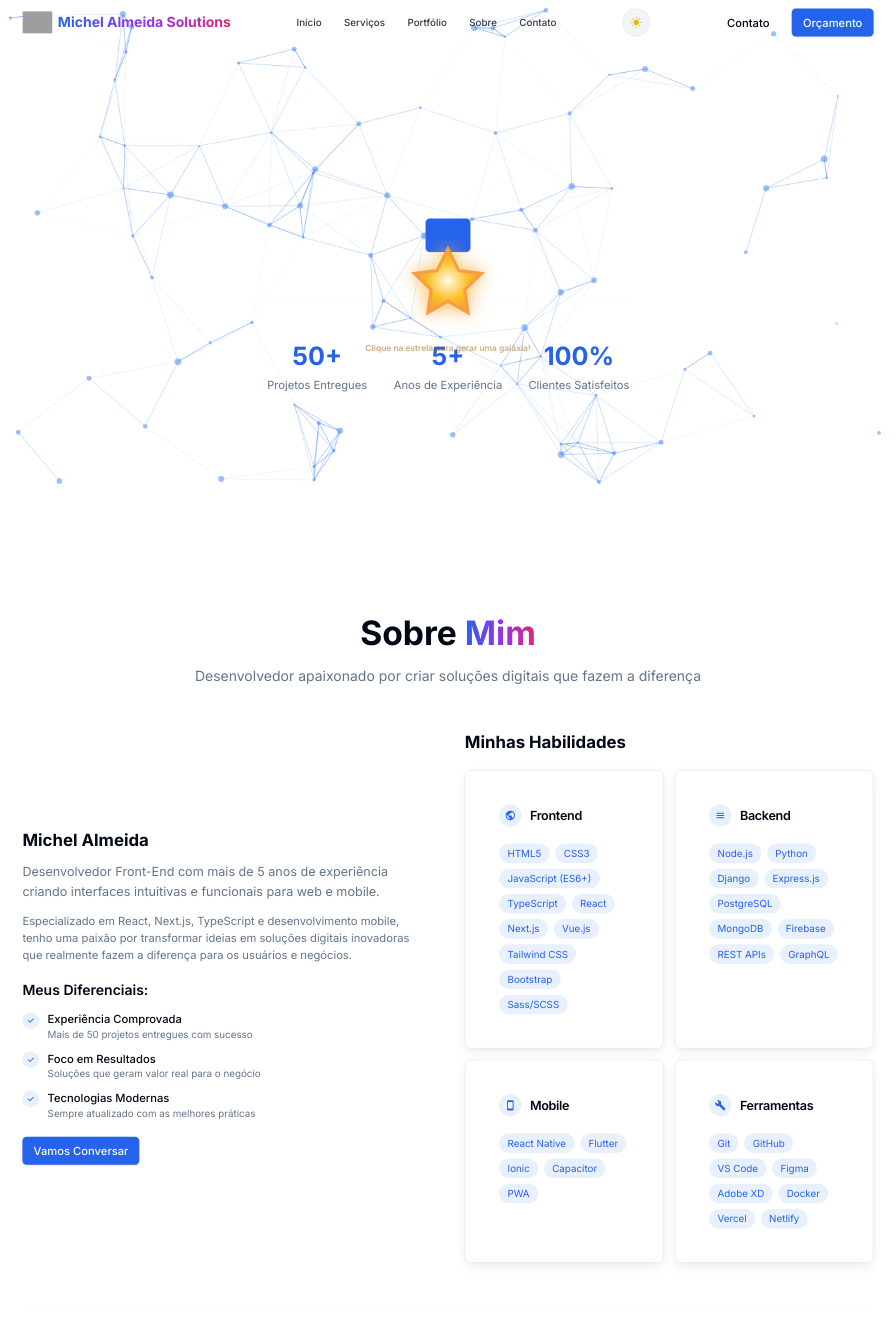
Repository: MichelAlmeida1990/Nexify-Solutions
Page: / (app in OneDrive/Área de Trabalho/Almeida - Solutions/)
The author's editor kept a copy of each file at every save. The page is drawn from the files as they stood at one save, then again after the next save.
The browser window is 1280 px wide. The pictures show the part of the page from y = 0 to 1920 px (the page is 7388 px tall), at 70% of full size.
Pictures or frames that could not be fetched are drawn as grey boxes. The project was rebuilt for these pictures with package versions that can differ from the ones it lists, and the page was loaded fresh each time. The framework's server and built-in components were replaced by stand-ins that run in the browser. Also part of the build but not shown: OneDrive/Área de Trabalho/Almeida - Solutions/next.config.js, OneDrive/Área de Trabalho/Almeida - Solutions/src/components/ui/loading-spinner.tsx.

Above is the page before, as saved 2025-06-30 14:49:14.

After the next save:
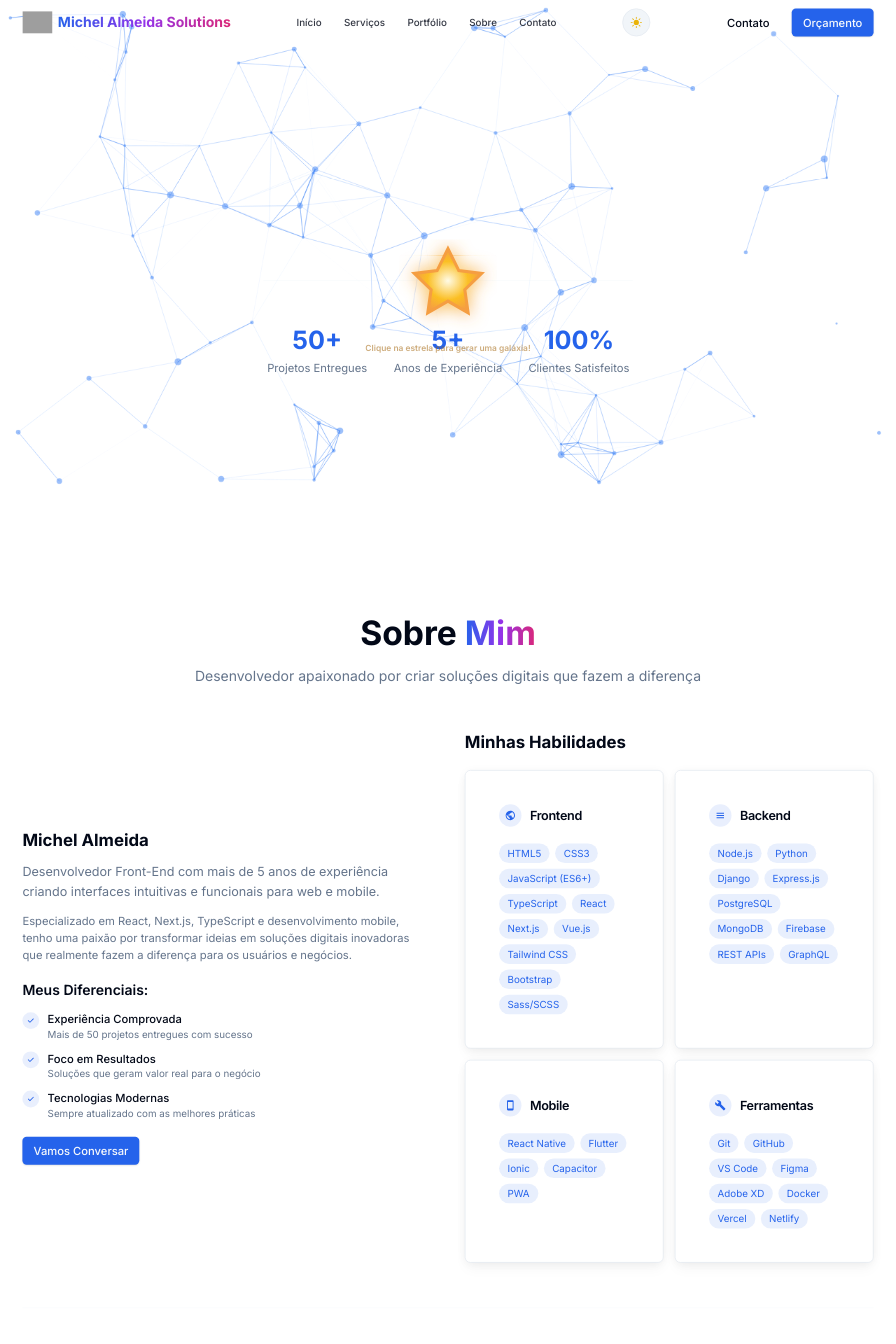
Saved 2 min 52 s later.
--- a/OneDrive/Área de Trabalho/Almeida - Solutions/src/components/sections/hero.tsx
+++ b/OneDrive/Área de Trabalho/Almeida - Solutions/src/components/sections/hero.tsx
@@ -199,14 +199,15 @@ const Hero: React.FC<HeroProps> = ({
             transition={{ duration: 0.8, delay: 0.8 }}
             className="flex flex-col sm:flex-row gap-4 justify-center items-center"
           >
-            <Button
-              size="lg"
-              onClick={() => scrollToSection(ctaHref)}
-              className="text-lg px-8 py-4"
-            >
-              {ctaText}
-            </Button>
-
+            {ctaText && (
+              <Button
+                size="lg"
+                onClick={() => scrollToSection(ctaHref)}
+                className="text-lg px-8 py-4"
+              >
+                {ctaText}
+              </Button>
+            )}
             {secondaryCtaText && secondaryCtaHref && (
               <Button
                 variant="outline"
